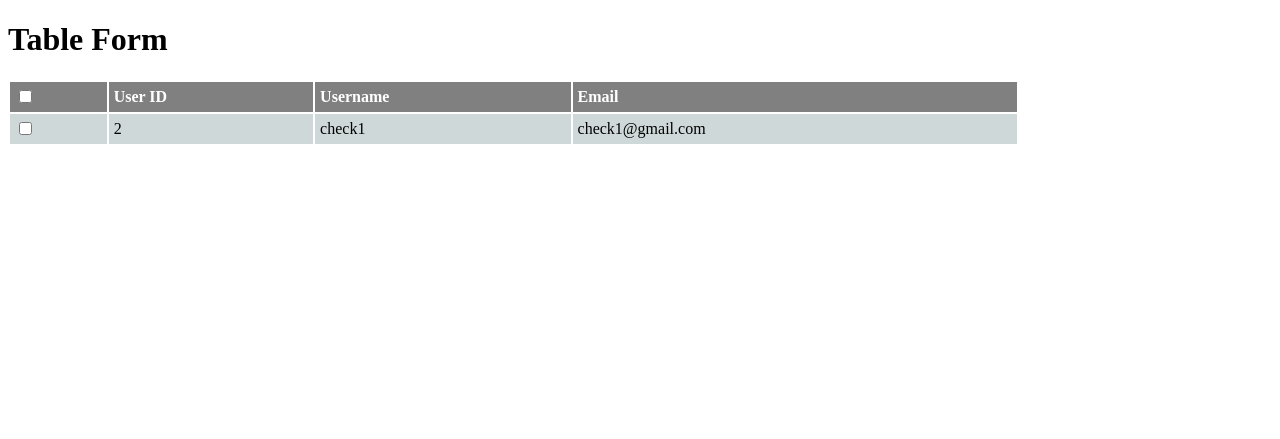
Repository: AHSANS354/tugas-sib5
Page: tugastable.html
The author's editor kept a copy of each file at every save. The page is drawn from the files as they stood at one save, then again after the next save.
The browser window is 1280 px wide. The pictures show the whole page.

Above is the page before, as saved 2023-08-21 15:20:34.

After the next save:
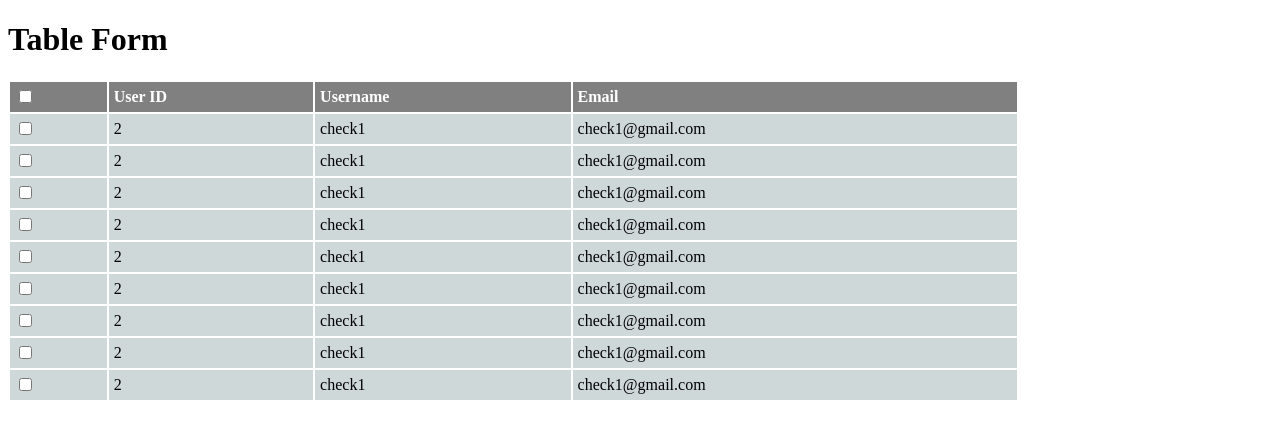
Saved 40 s later.
--- a/tugastable.html
+++ b/tugastable.html
@@ -20,6 +20,54 @@
         <td>check1</td>
         <td>check1@gmail.com</td>
       </tr>
+      <tr bgcolor="#CFD8D9">
+        <td><input type="checkbox" name="ceklist" value="cek1" /></td>
+        <td>2</td>
+        <td>check1</td>
+        <td>check1@gmail.com</td>
+      </tr>
+      <tr bgcolor="#CFD8D9">
+        <td><input type="checkbox" name="ceklist" value="cek1" /></td>
+        <td>2</td>
+        <td>check1</td>
+        <td>check1@gmail.com</td>
+      </tr>
+      <tr bgcolor="#CFD8D9">
+        <td><input type="checkbox" name="ceklist" value="cek1" /></td>
+        <td>2</td>
+        <td>check1</td>
+        <td>check1@gmail.com</td>
+      </tr>
+      <tr bgcolor="#CFD8D9">
+        <td><input type="checkbox" name="ceklist" value="cek1" /></td>
+        <td>2</td>
+        <td>check1</td>
+        <td>check1@gmail.com</td>
+      </tr>
+      <tr bgcolor="#CFD8D9">
+        <td><input type="checkbox" name="ceklist" value="cek1" /></td>
+        <td>2</td>
+        <td>check1</td>
+        <td>check1@gmail.com</td>
+      </tr>
+      <tr bgcolor="#CFD8D9">
+        <td><input type="checkbox" name="ceklist" value="cek1" /></td>
+        <td>2</td>
+        <td>check1</td>
+        <td>check1@gmail.com</td>
+      </tr>
+      <tr bgcolor="#CFD8D9">
+        <td><input type="checkbox" name="ceklist" value="cek1" /></td>
+        <td>2</td>
+        <td>check1</td>
+        <td>check1@gmail.com</td>
+      </tr>
+      <tr bgcolor="#CFD8D9">
+        <td><input type="checkbox" name="ceklist" value="cek1" /></td>
+        <td>2</td>
+        <td>check1</td>
+        <td>check1@gmail.com</td>
+      </tr>
     </table>
   </body>
 </html>
